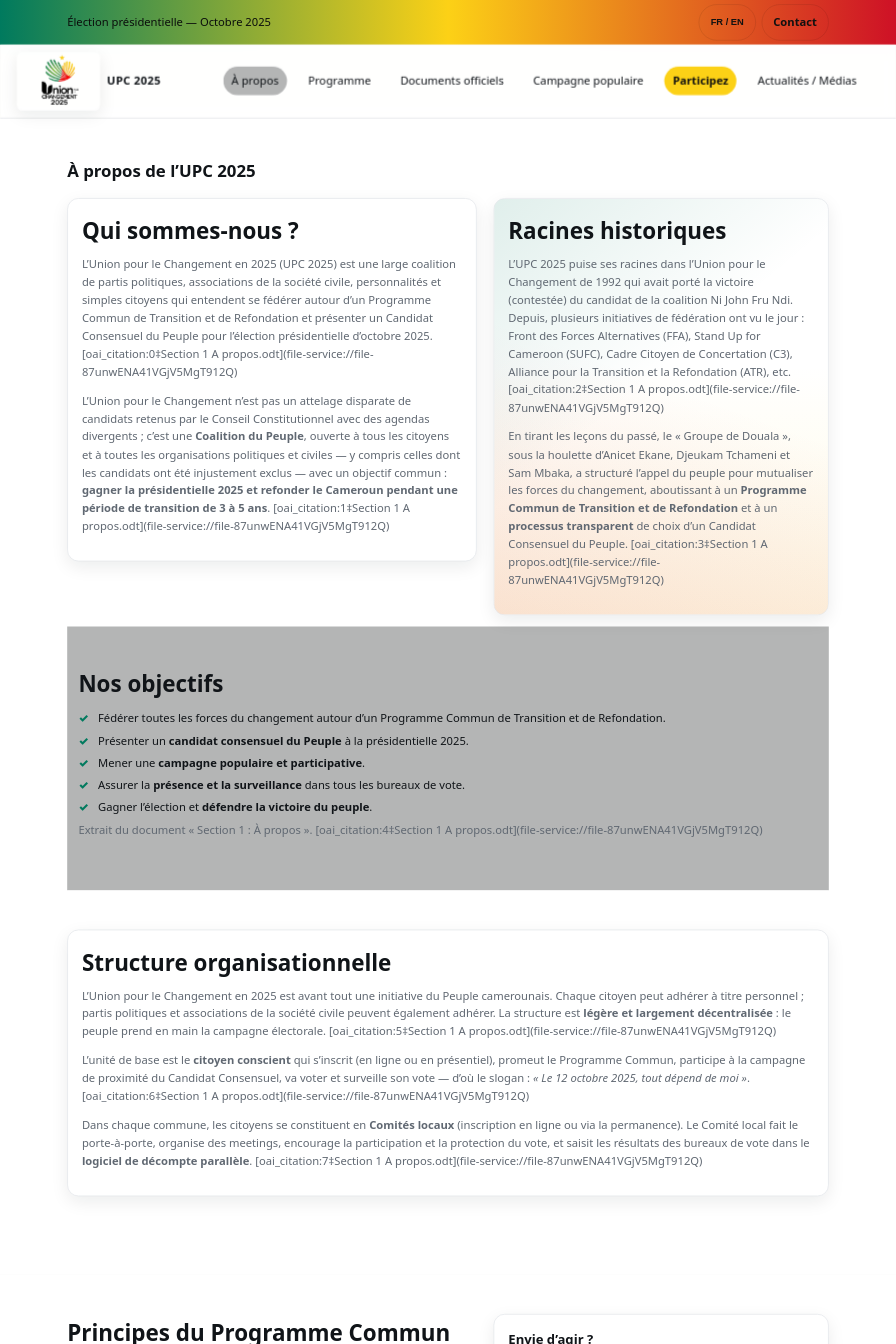
Repository: Kishny/upc2025
Page: a-propos.html
The author's editor kept a copy of each file at every save. The page is drawn from the files as they stood at one save, then again after the next save.
The browser window is 1280 px wide. The pictures show the part of the page from y = 0 to 1920 px (the page is 2672 px tall before and 2544 px after), at 70% of full size.

Above is the page before, as saved 2025-09-11 15:51:14.
Console error: SyntaxError: Identifier 'DICT' has already been declared

After the next save:
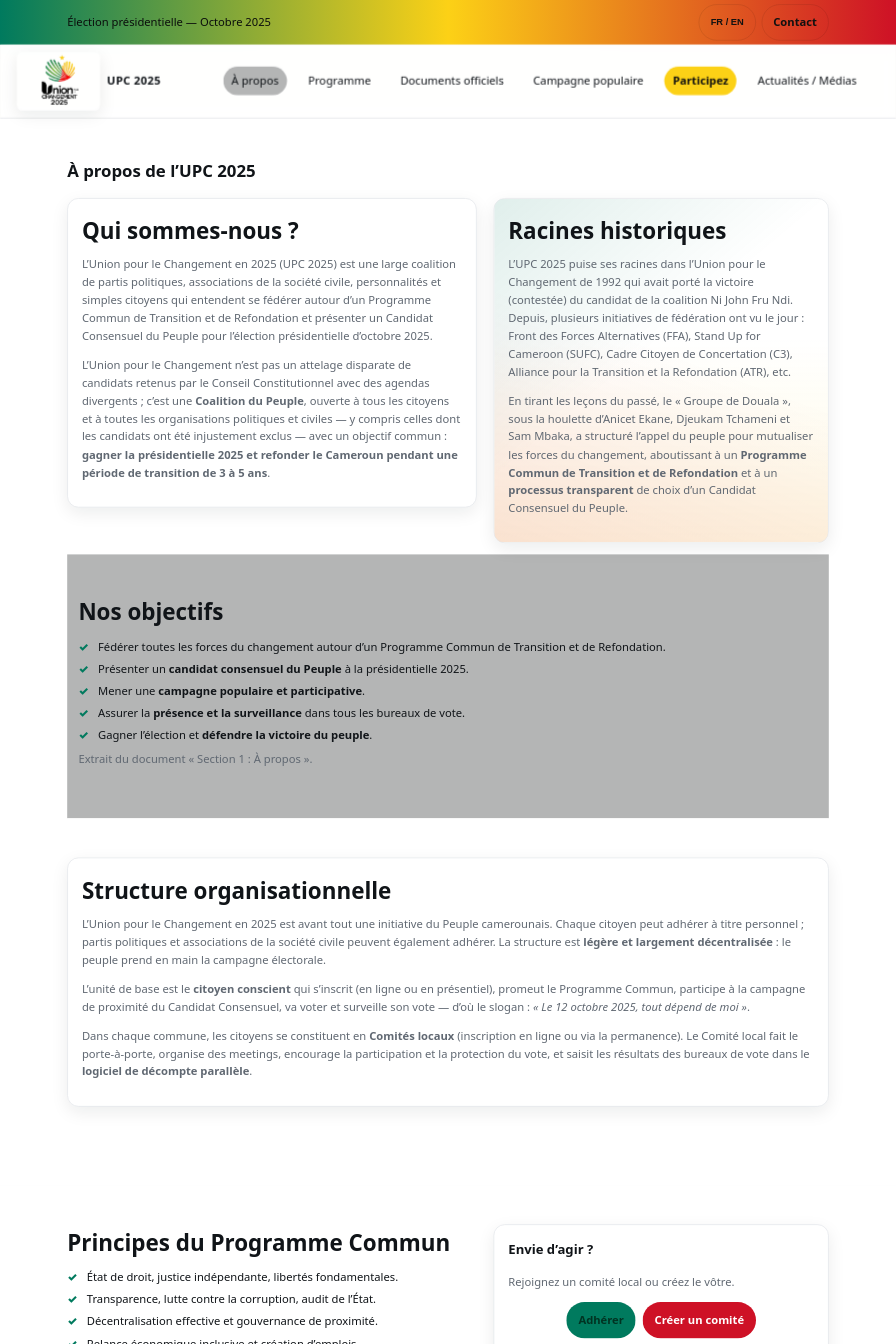
Saved 28 min 36 s later.
--- a/a-propos.html
+++ b/a-propos.html
@@ -75,22 +75,21 @@
     <!-- À PROPOS : contenu officiel -->
     <section class="section">
       <div class="container">
-        <h1>À propos de l’UPC 2025</h1>
+        <h1 data-i18n="about_title">À propos de l’UPC 2025</h1>
 
         <!-- Qui sommes-nous ? -->
         <div class="grid-2" style="align-items: start">
           <article class="card">
-            <h2>Qui sommes-nous ?</h2>
-            <p>
+            <h2 data-i18n="about_who_title">Qui sommes-nous ?</h2>
+            <p data-i18n="about_who_p1">
               L’Union pour le Changement en 2025 (UPC 2025) est une large
               coalition de partis politiques, associations de la société civile,
               personnalités et simples citoyens qui entendent se fédérer autour
               d’un Programme Commun de Transition et de Refondation et présenter
               un Candidat Consensuel du Peuple pour l’élection présidentielle
-              d’octobre 2025. [oai_citation:0‡Section 1 A
-              propos.odt](file-service://file-87unwENA41VGjV5MgT912Q)
-            </p>
-            <p>
+              d’octobre 2025.
+            </p>
+            <p data-i18n="about_who_p2">
               L’Union pour le Changement n’est pas un attelage disparate de
               candidats retenus par le Conseil Constitutionnel avec des agendas
               divergents ; c’est une <strong>Coalition du Peuple</strong>,
@@ -100,33 +99,29 @@
               <strong
                 >gagner la présidentielle 2025 et refonder le Cameroun pendant
                 une période de transition de 3 à 5 ans</strong
-              >. [oai_citation:1‡Section 1 A
-              propos.odt](file-service://file-87unwENA41VGjV5MgT912Q)
+              >.
             </p>
           </article>
 
           <!-- Racines historiques -->
           <aside class="card gradient-cm">
-            <h2>Racines historiques</h2>
-            <p>
+            <h2 data-i18n="about_roots_title">Racines historiques</h2>
+            <p data-i18n="about_roots_p1">
               L’UPC 2025 puise ses racines dans l’Union pour le Changement de
               1992 qui avait porté la victoire (contestée) du candidat de la
               coalition Ni John Fru Ndi. Depuis, plusieurs initiatives de
               fédération ont vu le jour : Front des Forces Alternatives (FFA),
               Stand Up for Cameroon (SUFC), Cadre Citoyen de Concertation (C3),
               Alliance pour la Transition et la Refondation (ATR), etc.
-              [oai_citation:2‡Section 1 A
-              propos.odt](file-service://file-87unwENA41VGjV5MgT912Q)
-            </p>
-            <p>
+            </p>
+            <p data-i18n="about_roots_p2">
               En tirant les leçons du passé, le « Groupe de Douala », sous la
               houlette d’Anicet Ekane, Djeukam Tchameni et Sam Mbaka, a
               structuré l’appel du peuple pour mutualiser les forces du
               changement, aboutissant à un
               <strong>Programme Commun de Transition et de Refondation</strong>
               et à un <strong>processus transparent</strong> de choix d’un
-              Candidat Consensuel du Peuple. [oai_citation:3‡Section 1 A
-              propos.odt](file-service://file-87unwENA41VGjV5MgT912Q)
+              Candidat Consensuel du Peuple.
             </p>
           </aside>
         </div>
@@ -134,33 +129,34 @@
         <!-- Nos objectifs -->
         <section class="section section--alt" style="margin-top: 16px">
           <div class="container">
-            <h2>Nos objectifs</h2>
+            <h2 data-i18n="about_goals_title">Nos objectifs</h2>
             <ul class="checklist">
-              <li>
+              <li data-i18n="about_goals_1">
                 Fédérer toutes les forces du changement autour d’un Programme
                 Commun de Transition et de Refondation.
               </li>
-              <li>
+              <li data-i18n="about_goals_2">
                 Présenter un <strong>candidat consensuel du Peuple</strong> à la
                 présidentielle 2025.
               </li>
-              <li>
+              <li data-i18n="about_goals_3">
                 Mener une <strong>campagne populaire et participative</strong>.
               </li>
-              <li>
+              <li data-i18n="about_goals_4">
                 Assurer la <strong>présence et la surveillance</strong> dans
                 tous les bureaux de vote.
               </li>
-              <li>
+              <li data-i18n="about_goals_5">
                 Gagner l’élection et
                 <strong>défendre la victoire du peuple</strong>.
               </li>
             </ul>
-            <!-- source -->
-            <p class="muted" style="margin-top: 8px">
+            <p
+              class="muted"
+              style="margin-top: 8px"
+              data-i18n="about_source_note"
+            >
               Extrait du document « Section 1 : À propos ».
-              [oai_citation:4‡Section 1 A
-              propos.odt](file-service://file-87unwENA41VGjV5MgT912Q)
             </p>
           </div>
         </section>
@@ -168,34 +164,29 @@
         <!-- Structure organisationnelle -->
         <section class="section">
           <div class="container card">
-            <h2>Structure organisationnelle</h2>
-            <p>
+            <h2 data-i18n="about_org_title">Structure organisationnelle</h2>
+            <p data-i18n="about_org_p1">
               L’Union pour le Changement en 2025 est avant tout une initiative
               du Peuple camerounais. Chaque citoyen peut adhérer à titre
               personnel ; partis politiques et associations de la société civile
               peuvent également adhérer. La structure est
               <strong>légère et largement décentralisée</strong> : le peuple
-              prend en main la campagne électorale. [oai_citation:5‡Section 1 A
-              propos.odt](file-service://file-87unwENA41VGjV5MgT912Q)
-            </p>
-            <p>
+              prend en main la campagne électorale.
+            </p>
+            <p data-i18n="about_org_p2">
               L’unité de base est le <strong>citoyen conscient</strong> qui
               s’inscrit (en ligne ou en présentiel), promeut le Programme
               Commun, participe à la campagne de proximité du Candidat
               Consensuel, va voter et surveille son vote — d’où le slogan :
               <em>« Le 12 octobre 2025, tout dépend de moi »</em>.
-              [oai_citation:6‡Section 1 A
-              propos.odt](file-service://file-87unwENA41VGjV5MgT912Q)
-            </p>
-            <p>
+            </p>
+            <p data-i18n="about_org_p3">
               Dans chaque commune, les citoyens se constituent en
               <strong>Comités locaux</strong> (inscription en ligne ou via la
               permanence). Le Comité local fait le porte-à-porte, organise des
               meetings, encourage la participation et la protection du vote, et
               saisit les résultats des bureaux de vote dans le
               <strong>logiciel de décompte parallèle</strong>.
-              [oai_citation:7‡Section 1 A
-              propos.odt](file-service://file-87unwENA41VGjV5MgT912Q)
             </p>
           </div>
         </section>
